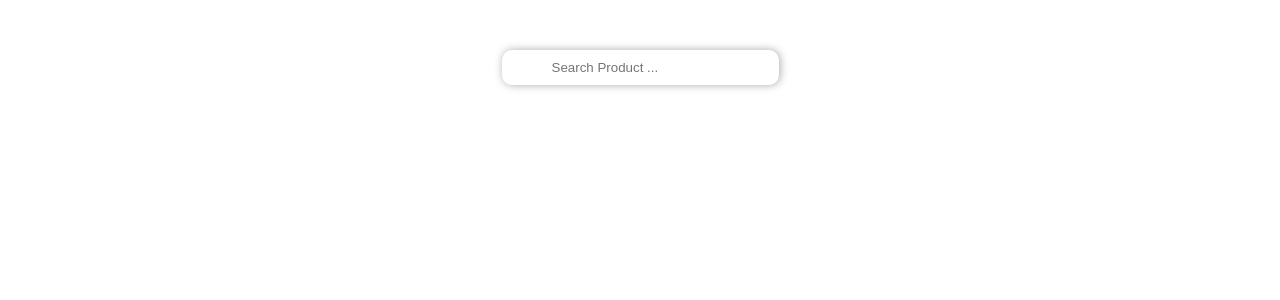
Repository: NegarKaviani/shop
Page: /
An editor plug-in stored every save of this project. The page is shown before and after the next save, followed by the edit.
The browser window is 1280 px wide. The pictures show the whole page.
The page's requests for data from a server got no answer. The project was rebuilt for these pictures with package versions that can differ from the ones it lists, and the page was loaded fresh each time. No one was signed in, and anything a server would have sent is missing. Also part of the build but not shown: src/App.css, src/components/products.css. Imported but missing from the stored project, and not drawn on this page: src/components/products.csv.

Above is the page before, as saved 2022-03-20 13:23:44.

### src/App.js
import './App.css';
import './components/searchBox';
import SearchBox from './components/searchBox';
import Products from './components/products';

function App() {
  return (
    <>
      <SearchBox />
      <Products />
    </>
  );
}

export default App;

### src/components/searchBox.js
import './searchBox.css';

function SearchBox (){
    return(
        <div className='search-holder'>
            <input placeholder='Search Product ...' className='search-box'></input>
        </div>
    );
}

export default SearchBox;

### src/components/products.js
import React, { useEffect, useState } from "react";
import data from '../components/products.csv';
import { csv } from 'd3';
import './products.css';

function Products (){
    // const [data , setData] = useState([]);

    useEffect(function effectFunction() {
        csv(data)
            .then(({ data: data }) => {
                console.log(data);

            });
    }, []);

    return (
    <ul>

    </ul>
    );

}
export default Products;

### src/components/searchBox.css
.search-holder{
    text-align: center;
    margin: 50px 0 80px;
}
.search-box{
    background: transparent;
    border: none;
    box-shadow: 1px 0 8px rgb(170, 170, 170);
    padding: 10px 50px;
    border-radius: 10px;
}
.search-box:focus-visible , .search-box:active{
    border: none;
}

Loaded but not shown: public/index.html (common file); src/index.js (common file); src/index.css (common file); src/reportWebVitals.js (common file)

After the next save:
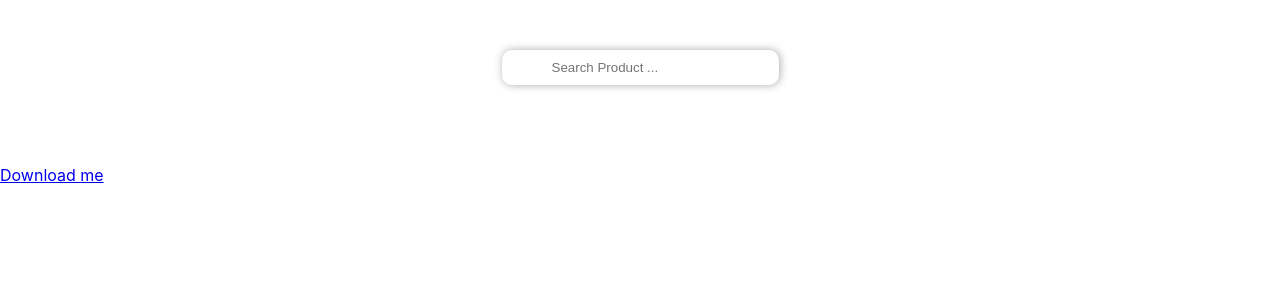
Saved 3 min 11 s later.
--- a/src/components/products.js
+++ b/src/components/products.js
@@ -1,23 +1,20 @@
 import React, { useEffect, useState } from "react";
 import data from '../components/products.csv';
+import { CSVLink } from "react-csv";
 import { csv } from 'd3';
 import './products.css';
 
 function Products (){
-    // const [data , setData] = useState([]);
-
-    useEffect(function effectFunction() {
-        csv(data)
-            .then(({ data: data }) => {
-                console.log(data);
-
-            });
-    }, []);
 
     return (
-    <ul>
-
-    </ul>
+        <CSVLink
+        data={data}
+        filename={'products.csv'}
+        className="btn btn-primary"
+        target="_blank"
+      >
+        Download me
+      </CSVLink>
     );
 
 }
